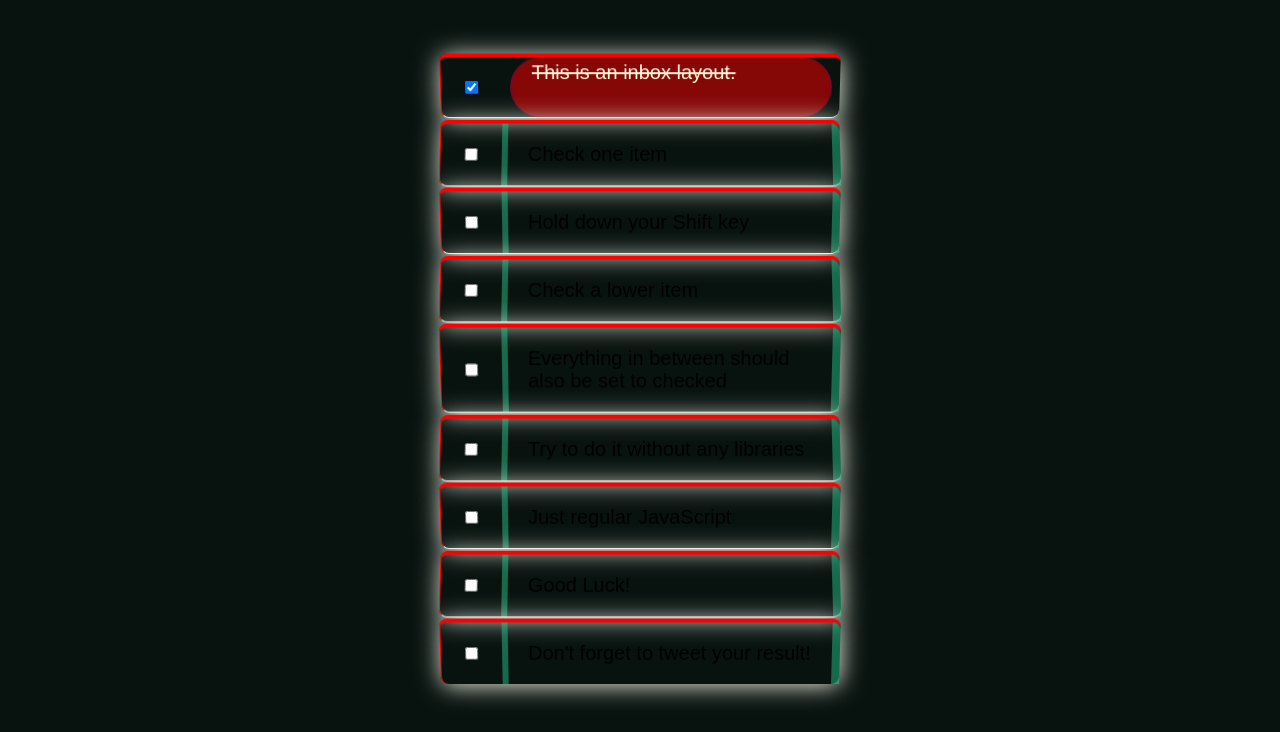
Repository: Freezler/Shift-Select-Checkboxes
Page: index.html
The author's editor kept a copy of each file at every save. The page is drawn from the files as they stood at one save, then again after the next save.
The browser window is 1280 px wide. The pictures show the whole page.
The first `input` is checked.

Above is the page before, as saved 2024-09-07 22:46:47.

### index.html
<!DOCTYPE html>
<html lang="en">

<head>
  <meta charset="UTF-8">
  <title>Hold Shift to Check Multiple Checkboxes</title>
  <link rel="icon" href="https://fav.farm/🔥" />
</head>

<body>
  <style>
    html {
      font-family: sans-serif;
      font-weight: 500;
      background: hsla(164, 41%, 5%, 1);
    }




    .inbox {
      max-width: 400px;
      margin: 50px auto;

      border-radius: 5px;
    }

    .item {
      display: flex;
      transition: all 0.3s ease-in-out;
      border-inline-start: 1px solid red;
      ;
      border-block-start: 4px solid red;
      box-shadow: 1px 2px 24px rgba(244, 249, 232, 0.947);
      border-bottom: 1px solid #F1F1F1;

      border-radius: 8px;
    }

    .item:last-child {
      border-bottom: 0;
    }

    input:checked+p {
      background: #951414;
      text-decoration: line-through;
      border-radius: 8px;
    }

    input[type="checkbox"] {
      margin: 24px;
    }

    input:checked+p {
      background: #a30404ce;
      text-decoration: line-through;
      color: cornsilk;
      border-inline: 2px solid #7c0529ef;
      transition: all 0.9s ease-in-out;
      border-radius: 99px;
      margin-inline: 8px;
      padding-block: 4px;

    }



    .inbox .item:nth-child(even) {
      transform: perspective(1500px) rotateX(12deg) translateY(3px) scale(1.001);

    }

    .inbox .item:nth-child(odd) {
      transform: perspective(1500px) rotateX(-12deg) translateY(3px);

    }

    .item:nth-child(odd):hover {
      transform: perspective(400px) rotateX(12deg) translateY(3px);

    }

    .item:nth-child(even):hover {
      transform: perspective(400px) rotateX(12deg) translateY(3px);

    }

    .item:nth-child(even) {
      transform: perspective(1500px) rotateX(-12deg) translateY(3px);

    }

    p {
      margin: 0;
      padding: 20px;
      transition: background 0.6s;
      flex: 1;

      font-size: 20px;
      font-weight: 200;
      border-inline: 6px solid #23cc9178;
      border-inline-end: 8px solid #23cc9178;
      border-start-end-radius: 8px;
    }
  </style>
  <!--  The following is a common layout you would see in an email client.
        When a user clicks a checkbox, holds Shift, and then clicks another checkbox a few rows down, all the checkboxes in between those two checkboxes should be checked.

  -->
  <div class="inbox">
    <div class="item">
      <input type="checkbox">
      <p>This is an inbox layout.</p>
    </div>
    <div class="item">
      <input type="checkbox">
      <p>Check one item</p>
    </div>
    <div class="item">
      <input type="checkbox">
      <p>Hold down your Shift key</p>
    </div>
    <div class="item">
      <input type="checkbox">
      <p>Check a lower item</p>
    </div>
    <div class="item">
      <input type="checkbox">
      <p>Everything in between should also be set to checked</p>
    </div>
    <div class="item">
      <input type="checkbox">
      <p>Try to do it without any libraries</p>
    </div>
    <div class="item">
      <input type="checkbox">
      <p>Just regular JavaScript</p>
    </div>
    <div class="item">
      <input type="checkbox">
      <p>Good Luck!</p>
    </div>
    <div class="item">
      <input type="checkbox">
      <p>Don't forget to tweet your result!</p>
    </div>
  </div>

  <script>
    const checkboxes = document.querySelectorAll('.inbox input[type="checkbox"]');

    checkboxes.forEach(checkbox => checkbox.addEventListener('click', handleCheck))

    let lastChecked;

    function handleCheck(e) {
      // check for shift-press && checked
      let inBetween = false;
      // loop over every single checkbox
      if (e.shiftKey && this.checked) {
        checkboxes.forEach(checkbox => {
          if (checkbox === this || checkbox === lastChecked) {
            inBetween = !inBetween
          }
          if (inBetween) {
            checkbox.checked = true
          }
        })
      }

      if (e.shiftKey && this.checked) {
        console.log("haha it's clicked with shift down AND checked!")
      }
      if (e.shiftKey && !this.checked) {
        console.log("haha it's clicked with shift down but not checked!")
      }
      lastChecked = this;
    }

  </script>
</body>

</html>

After the next save:
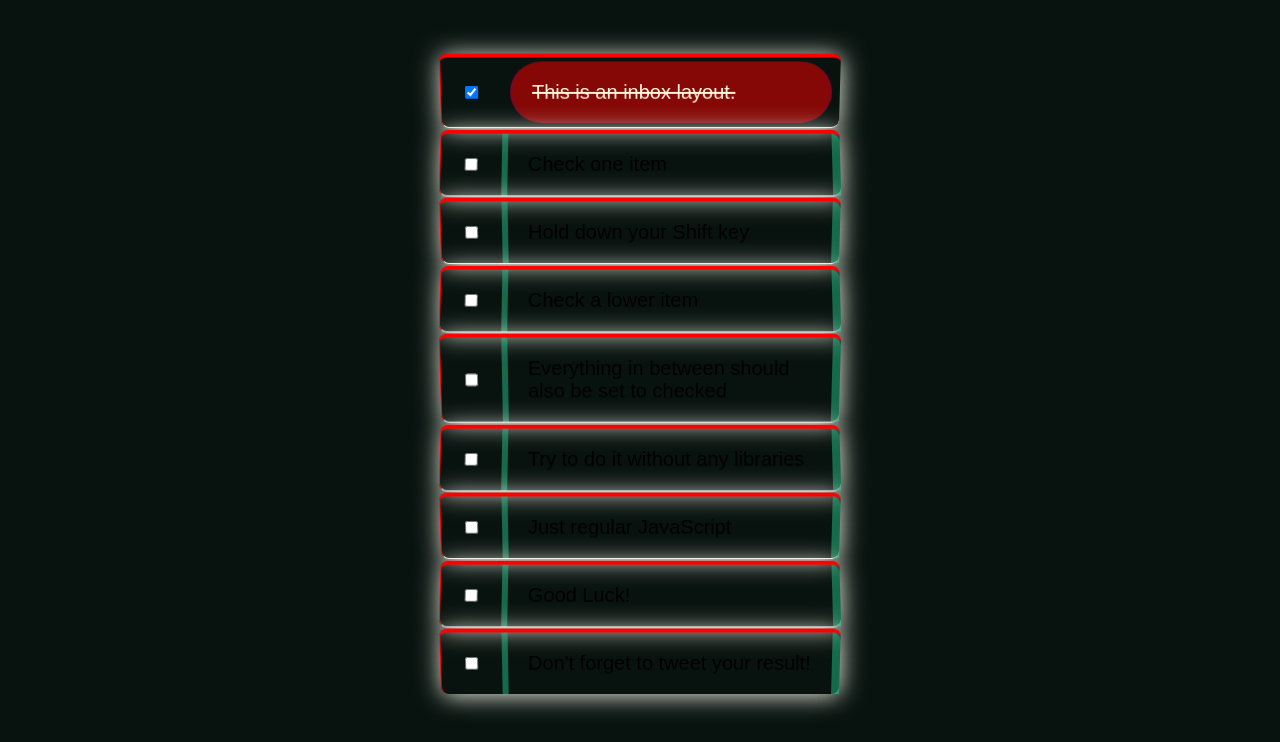
Saved 8 s later.
--- a/index.html
+++ b/index.html
@@ -59,7 +59,7 @@
       transition: all 0.9s ease-in-out;
       border-radius: 99px;
       margin-inline: 8px;
-      padding-block: 4px;
+      margin-block: 4px;
 
     }
 
